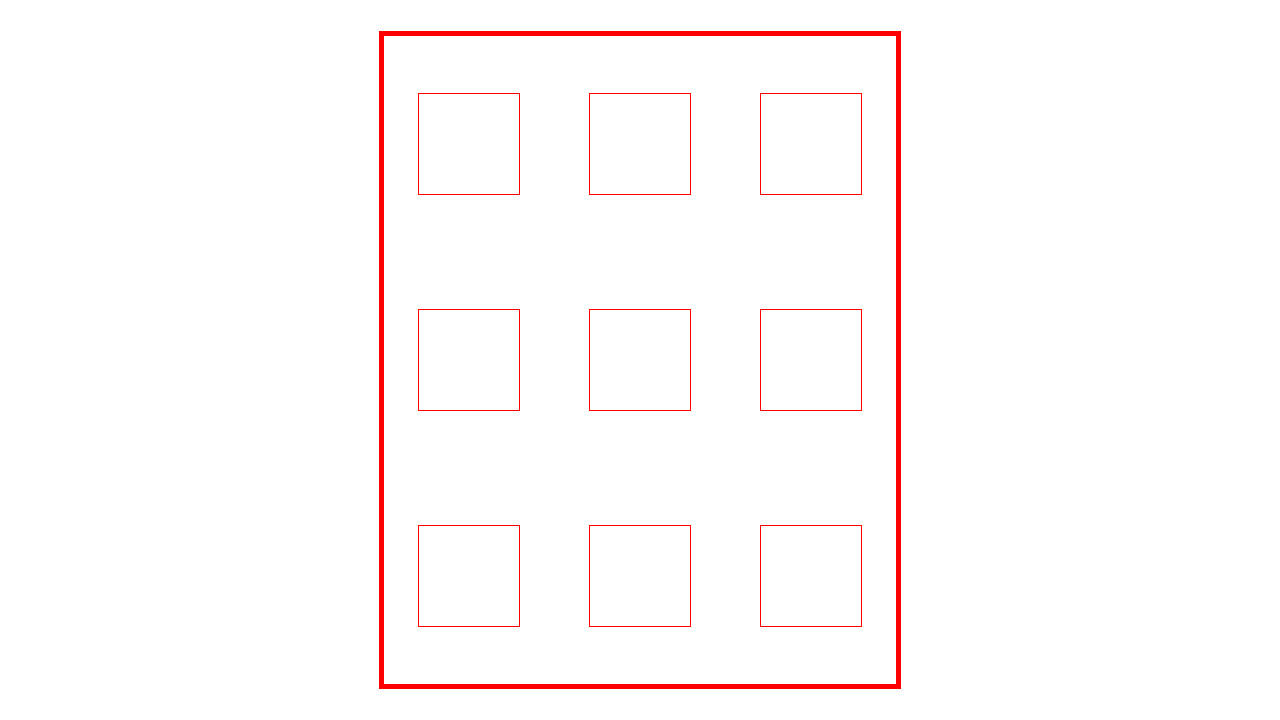
Repository: kocokoy/TOP-tic-tac-toe
Page: index.html
The author's editor kept a copy of each file at every save. The page is drawn from the files as they stood at one save, then again after a run of saves.
The browser window is 1280 px wide. The pictures show the whole page.

Above is the page before, as saved 2024-11-07 14:47:19.

After the next 4 saves:
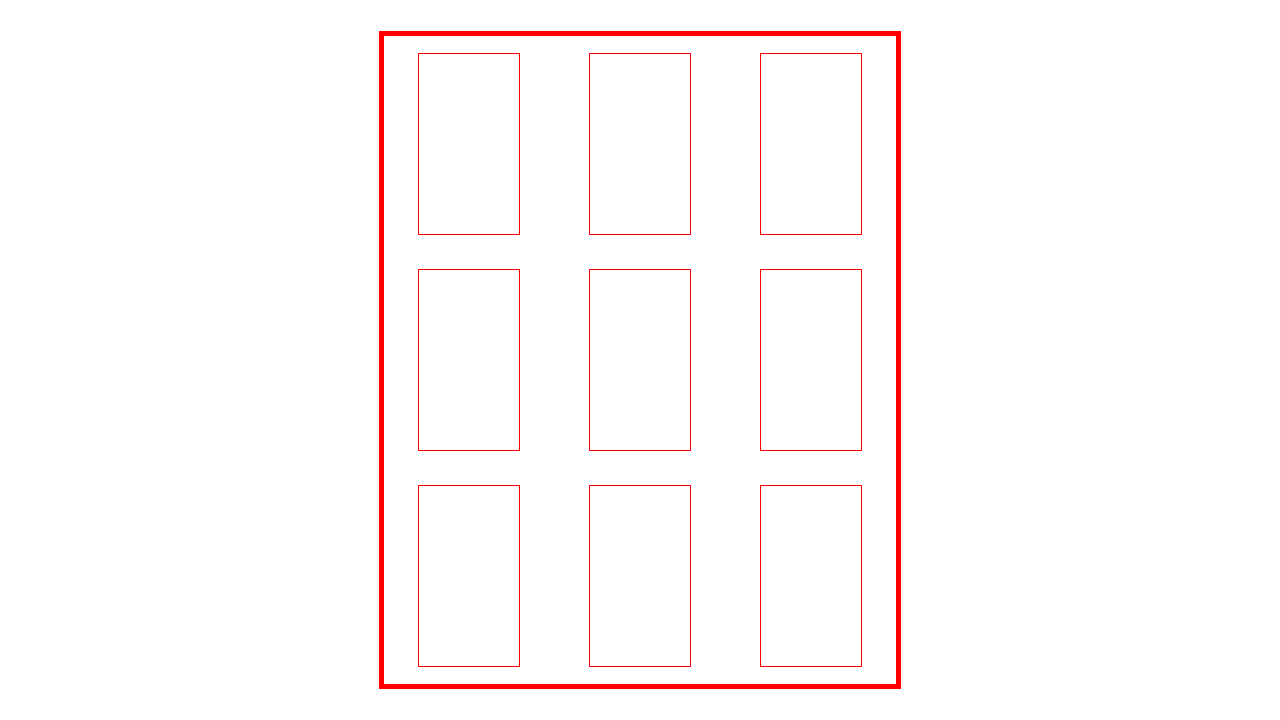
The 4 saves are shown as one change because they came seconds apart.
The last was saved 35 s later.
--- a/styles/style.css
+++ b/styles/style.css
@@ -21,7 +21,7 @@ body{
 }
 .gameboard div{
   border: 1px solid red;
-  height:100px;
+  height:180px;
   width: 100px;
   cursor: pointer;
   color: tomato;
